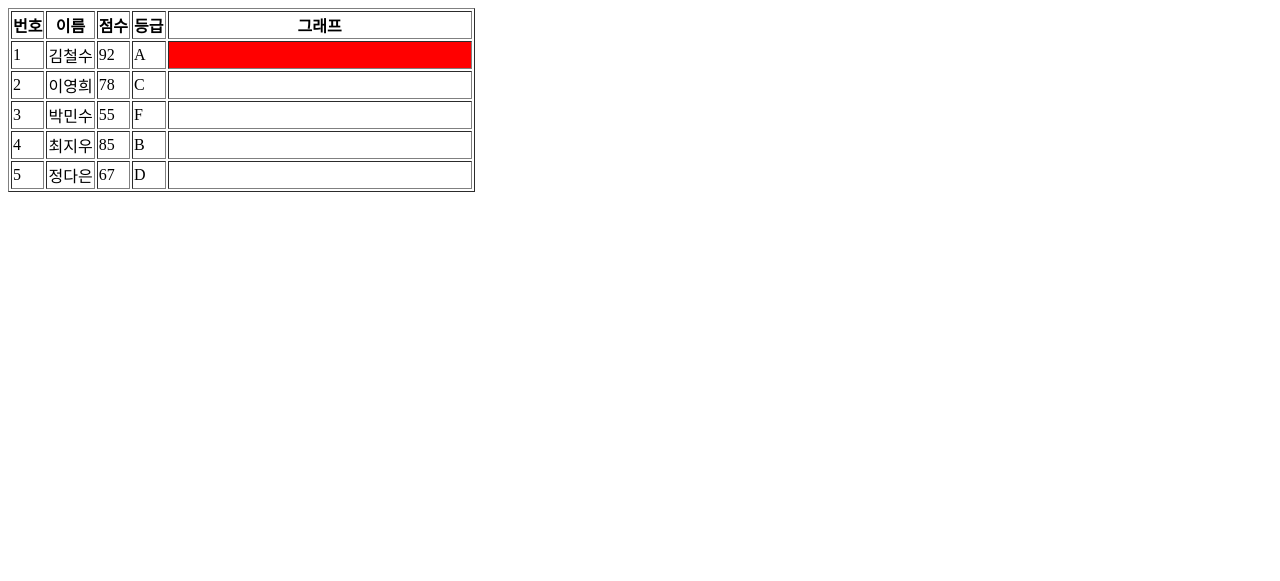
Repository: kkj68106810-dot/jsp2026
Page: http://localhost/chapter01/example_score.jsp
The author's editor kept a copy of each file at every save. The page is drawn from the files as they stood at one save, then again after the next save.
The browser window is 1280 px wide. The pictures show the whole page.
The page is served by Tomcat 9.

Above is the page before, as saved 2026-10-16 05:10:35.

### chapter01/src/main/webapp/example_score.jsp
<%@ page language="java" contentType="text/html; charset=UTF-8"
    pageEncoding="UTF-8" import="java.util.*" %>
<!DOCTYPE html>
<html>
<head>
<meta charset="UTF-8">
<title>Insert title here</title>
<style>
	tr td {
		background-color: none;
	}
	.score.A{
		width: 100%;
		height: 80%;
		background-color: red;
	}
</style>

</head>
<body>
	<%!
		String[] names= {"김철수", "이영희", "박민수", "최지우", "정다은"};
		int[] scores = {92, 78, 55, 85, 67};

		private String getGrade(int score) {
			String resultGrade = "F";
			System.out.println(score);
			for(int i = 0; i < scores.length; i++) {
				if(score >= 90) {
					resultGrade = "A";
				} else if (score >= 80) {
					resultGrade = "B";
				} else if (score >= 70) {
					resultGrade = "C";
				} else if (score >= 60) {
					resultGrade = "D";
				}
			}
			return resultGrade;
		}
	%>
	<table border="1">
		<tr>
			<th>번호</th>
			<th>이름</th>
			<th>점수</th>
			<th>등급</th>
			<th>그래프</th>
		</tr>
		<% for(int j = 0 ; j < names.length; j++) { %>
		<tr>

			<td><%=j+1%></td>
			<td><%=names[j]%></td>
			<td><%=scores[j]%></td>
			<td><%=getGrade(scores[j]) %></td>
			<td style="width:300px" class="score <%=getGrade(scores[j])%>">



			</td>

		</tr>
		<% } %>

	</table>
</body>
</html>

After the next save:
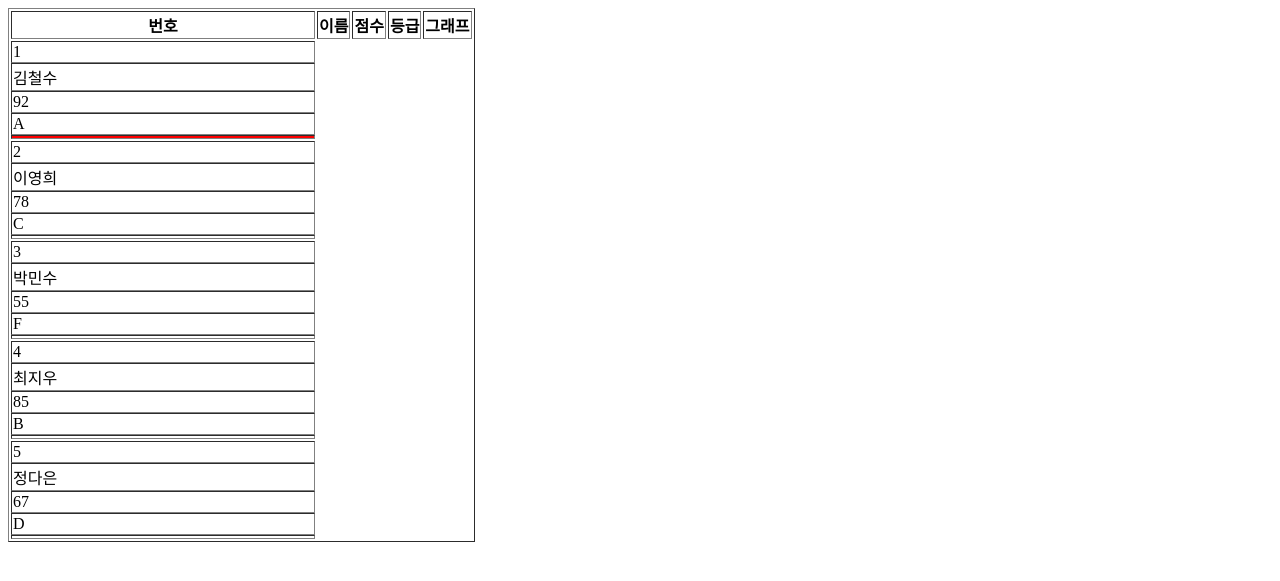
Saved 17 s later.
--- a/chapter01/src/main/webapp/example_score.jsp
+++ b/chapter01/src/main/webapp/example_score.jsp
@@ -6,8 +6,8 @@
 <meta charset="UTF-8">
 <title>Insert title here</title>
 <style>
-	tr td {
-		background-color: none;
+	tr td{
+		display: block
 	}
 	.score.A{
 		width: 100%;
